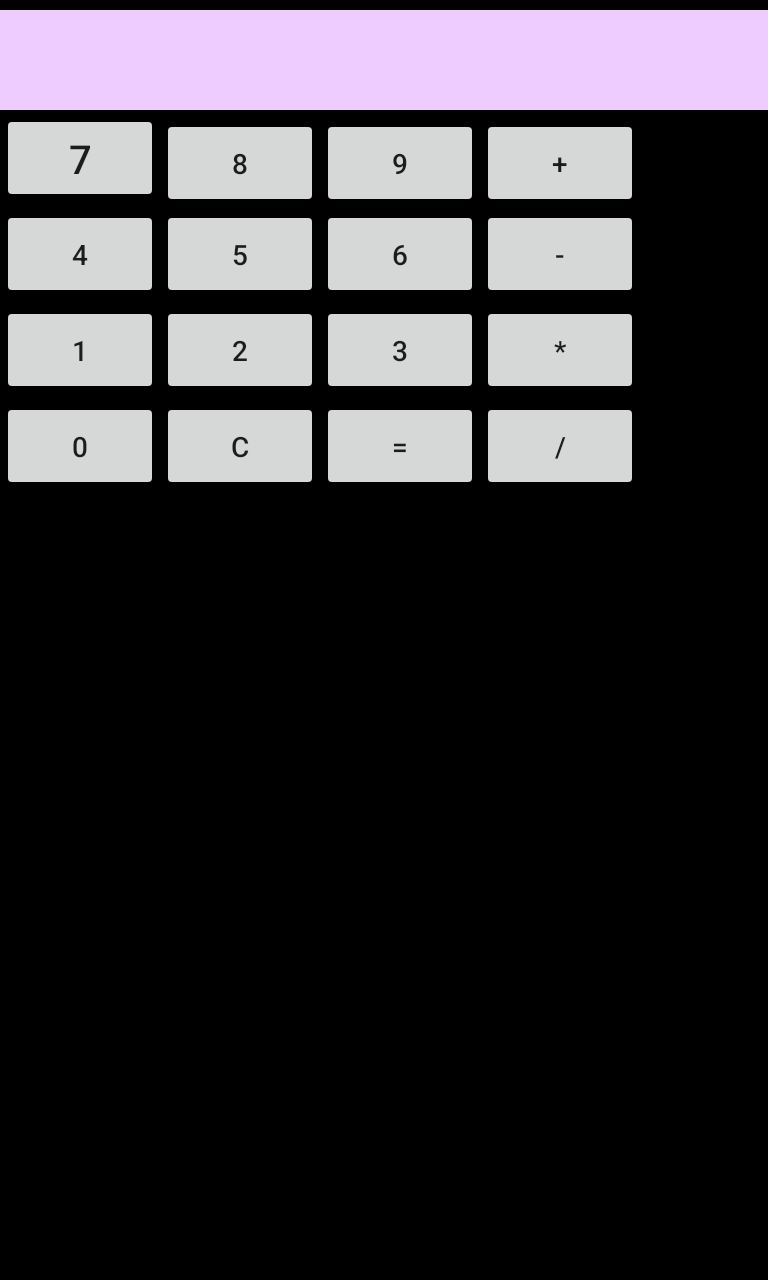
Repository: A207/guanjingjing
Layout: project/calculator_gjj/res/layout/activity_main.xml
An editor plug-in stored every save of this project. The layout is shown before and after the next save, followed by the edit.
It is drawn on a 768 x 1280 px phone screen (xhdpi) without system bars, with theme AppTheme; the app's code is not run.

Above is the layout before, as saved 2015-07-16 02:03:49.

After the next save:
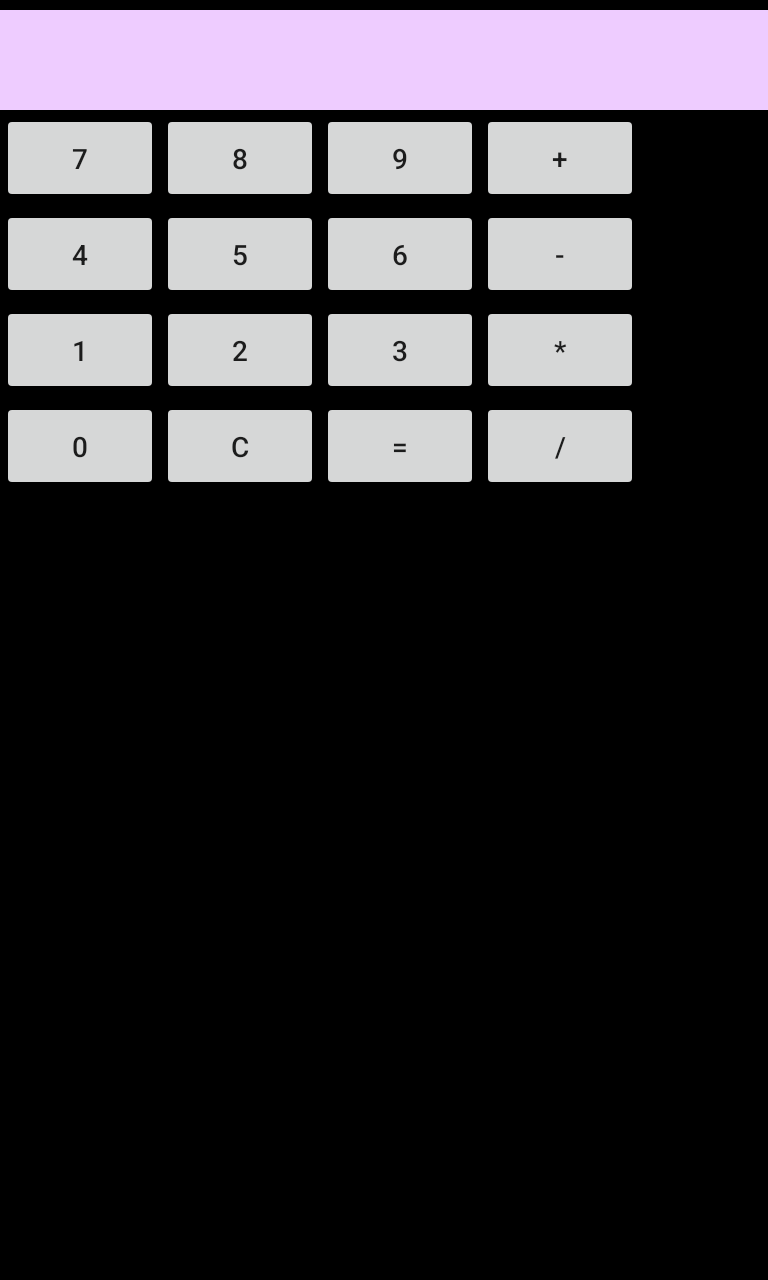
Saved 55 s later.
--- a/project/calculator_gjj/res/layout/activity_main.xml
+++ b/project/calculator_gjj/res/layout/activity_main.xml
@@ -29,9 +29,7 @@
             android:id="@+id/btn_calc_07"
             android:layout_width="80dip"
             android:layout_height="wrap_content"
-            android:textSize="20sp"
-            android:text="7"
-             />
+            android:text="7" />
 
         <Button
             android:id="@+id/btn_calc_08"
